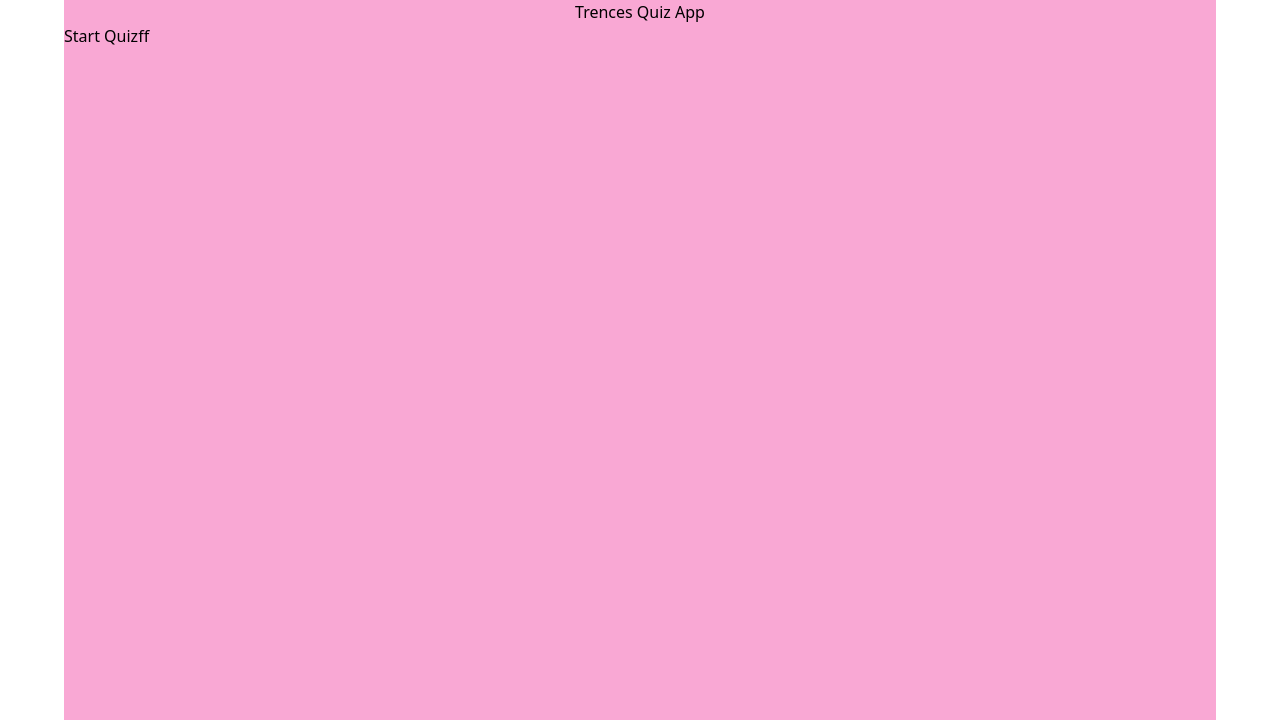
Repository: Semanmernstack/Quiz-react-app
Page: /
An editor plug-in stored every save of this project. The page is shown before and after the next save, followed by the edit.
The browser window is 1280 px wide. The pictures show the whole page.
The project was rebuilt for these pictures with package versions that can differ from the ones it lists, and the page was loaded fresh each time. Also part of the build but not shown: src/components/Quiz.js, src/components/End.js.

Above is the page before, as saved 2023-01-29 06:55:13.

After the next save:
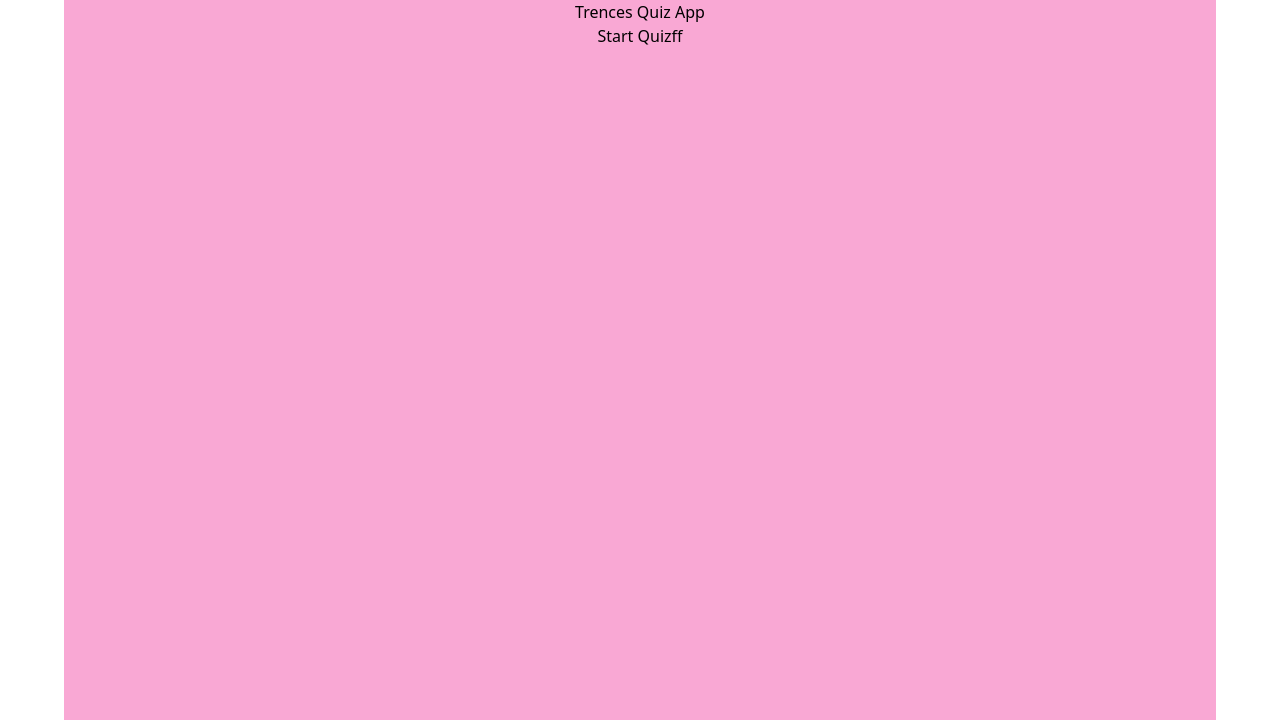
Saved 16 s later.
--- a/src/App.js
+++ b/src/App.js
@@ -6,7 +6,7 @@ import { QuizContext } from "./Game/Context";
 function App() {
   const [game, setGame] = useState("menu")
   return (
-    <div className="text-center flex  flex-col  max-w-6xl mx-auto h-screen  bg-pink-300 first-letter:">
+    <div className="text-center items-center flex  flex-col  max-w-6xl mx-auto h-screen  bg-pink-300 first-letter:">
       <p className="">Trences Quiz App</p>
       <QuizContext.Provider value={{game, setGame}}>
         {game === "menu" && <Menu/>}
